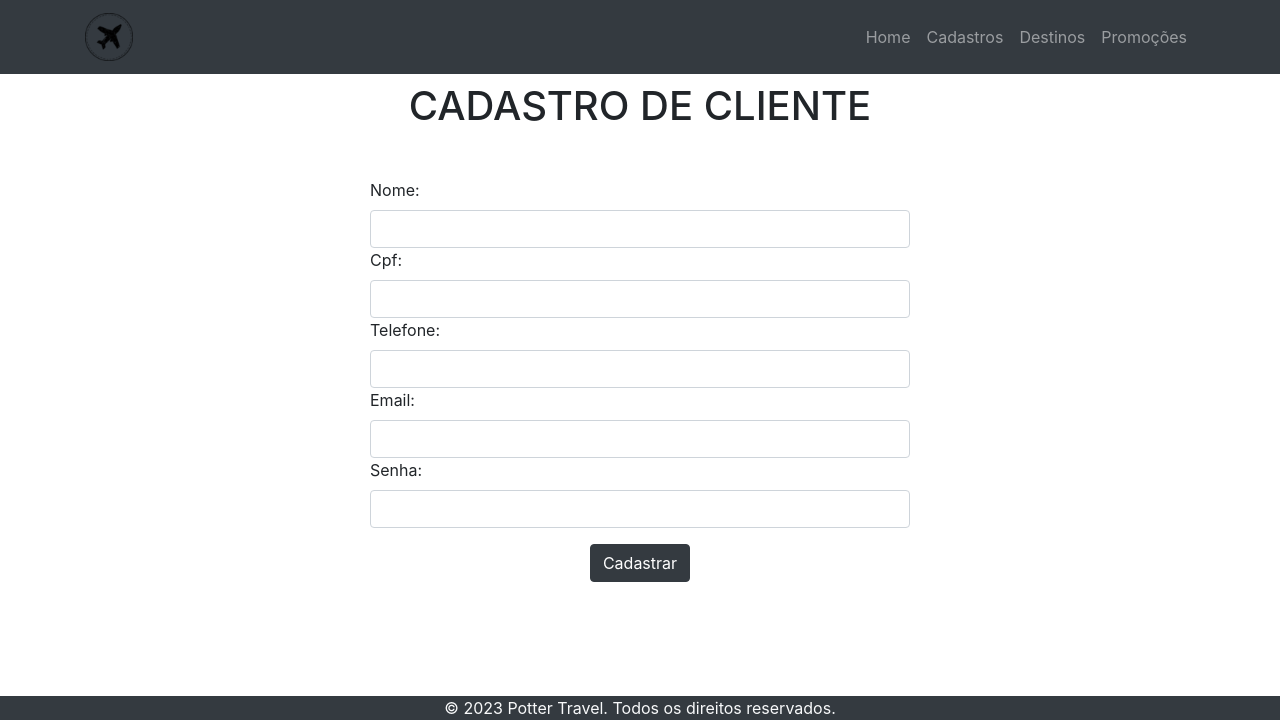
Repository: marcelledssantos/PotterTravel-MVC
Page: http://localhost/PotterTravel-MVC/cadastro.jsp
The author's editor kept a copy of each file at every save. The page is drawn from the files as they stood at one save, then again after the next save.
The browser window is 1280 px wide. The pictures show the whole page.
Some web libraries are served in a nearby version. The page is served by Tomcat 9.

Above is the page before, as saved 2023-11-03 00:02:26.

After the next save:
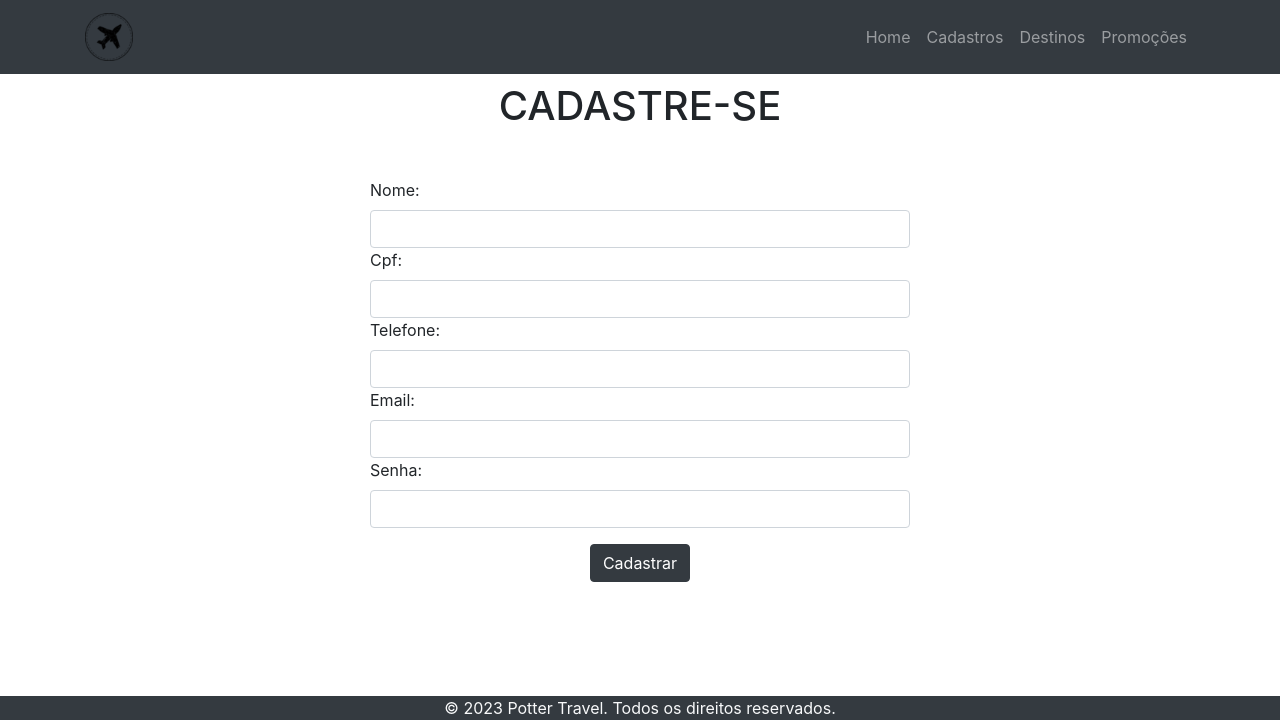
Saved 20 s later.
--- a/PotterTravel-MVC/src/main/webapp/cadastro.jsp
+++ b/PotterTravel-MVC/src/main/webapp/cadastro.jsp
@@ -38,7 +38,7 @@
 	<div class="container">
 		<div class="row justify-content-center">
 			<div class="col-md-6">
-				<h1 class="mt-2 text-center text-uppercase">Cadastro de Cliente</h1>
+				<h1 class="mt-2 text-center text-uppercase">Cadastre-se</h1>
 				<form class="mt-5" action="CreateController" method="post">
 					<div class="form-group">
 
